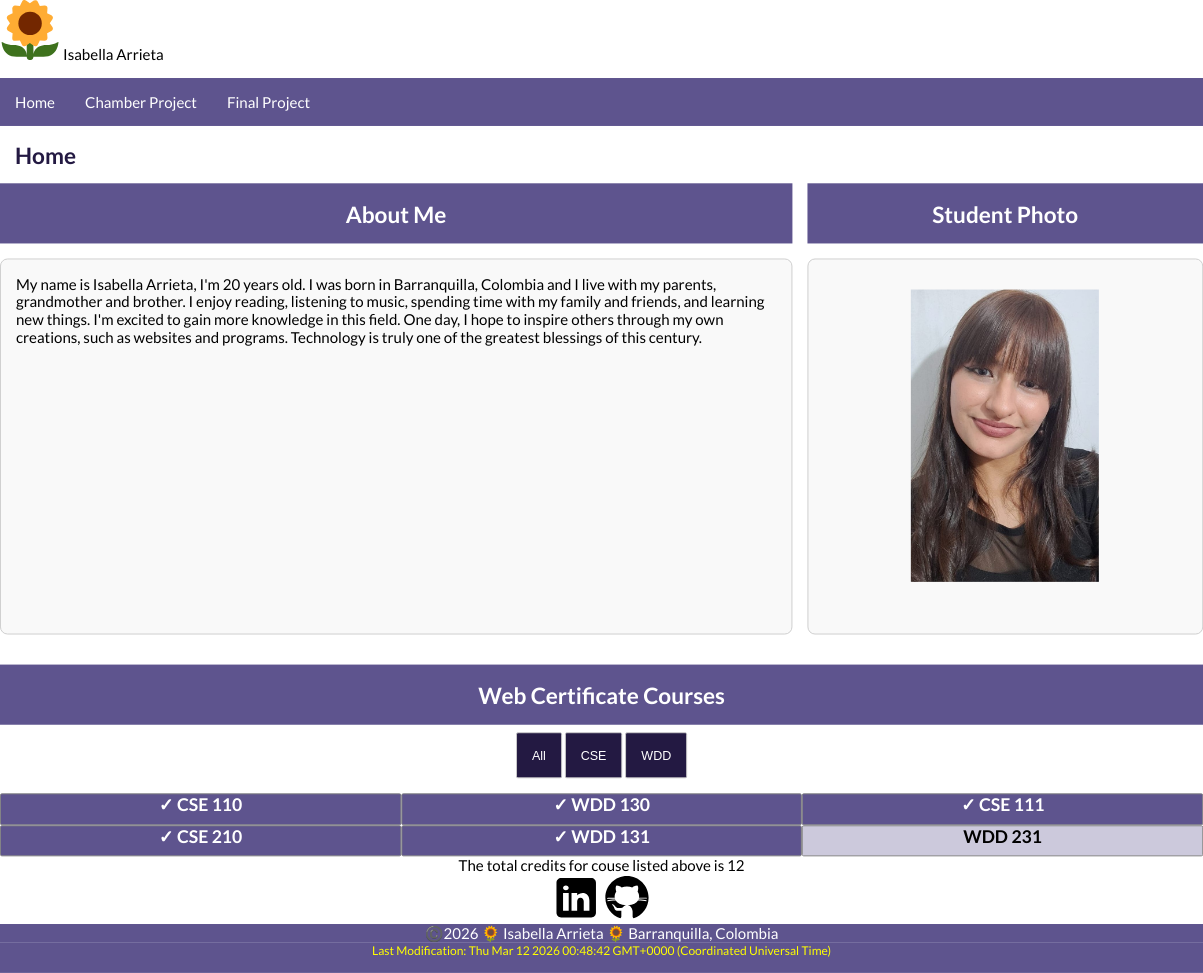
Repository: isaAJ05/wdd231
Page: index.html
The author's editor kept a copy of each file at every save. The page is drawn from the files as they stood at one save, then again after the next save.
The browser window is 1280 px wide. The pictures show the whole page, at 94% of full size.
Some web fonts or font styles are not loaded; a fallback is used.

Above is the page before, as saved 2026-03-12 00:49:39.

### index.html
<!DOCTYPE html>
<html lang="en">
<head>
    <meta charset="UTF-8">
    <meta name="viewport" content="width=device-width, initial-scale=1.0">
    <title>WDD 231 – Web Frontend Development I – Isabella Arrieta</title>
    <meta name="description" content="WDD 231 – Web Frontend Development I Isabella Arrieta, This is a page about me">
    <meta name="author" content="Isabella Arrieta">
    <meta property="og:title" content="Facebook">
    <meta property="og:description" content="Connect with friends, family and other people you know on Facebook.">
    <meta property="og:url" content="https://www.facebook.com/">
    <meta property="og:image" content="https://www.facebook.com/images/fb_icon_325x325.png">
    <link rel="icon" href="images/favicon.ico">
    <link rel="stylesheet" href="styles/normalize.css">
    <link rel="preconnect" href="https://fonts.googleapis.com">
    <link rel="preconnect" href="https://fonts.gstatic.com" crossorigin>
    <link href="https://fonts.googleapis.com/css2?family=Lato:ital,wght@0,100;0,300;0,400;0,700;0,900;1,100;1,300;1,400;1,700;1,900&family=Open+Sans:ital,wght@0,300..800;1,300..800&family=Play:wght@400;700&family=Raleway:ital,wght@0,100..900;1,100..900&display=swap" rel="stylesheet">
    <script src="scripts/getdates.js" defer></script>
    <script src="scripts/hamburguer.js" defer></script>
    <script src="scripts/courses.js" defer></script>
</head>
<body>
    <header>
        <div class="title">
            <img src="images/sunflower-svgrepo-com.svg" alt="Isabella Arrieta logo">
            <span>Isabella Arrieta</span>
        </div>
        <button id="menu" aria-label="Open menu"></button>
        <nav>
            <ul class="navigation">
			<li><a href="index.html">Home</a></li>
			<li><a href="#" class="chamber">Chamber Project</a></li>
			<li><a href="#" class="final">Final Project</a></li>
		</ul>
        </nav>
    </header>
    <main>
        <h1>Home</h1>
        <section>
         <div class="rectangle">
            <h2>About Me</h2>
            </div>
        <div class="card">
            <p>My name is Isabella Arrieta, I'm 20 years old. I was born in Barranquilla, Colombia and I live with my parents, grandmother and brother. I enjoy reading, listening to music, spending time with my family and friends, and learning new things. I'm excited to gain more knowledge in this field. One day, I hope to inspire others through my own creations, such as websites and programs. Technology is truly one of the greatest blessings of this century.</p>
        </div>
        </section>
        <section>
            <div class="rectangle">
                <h2>Student Photo</h2>
            </div>
            <div class="card">
                <img src="images/isa.jpg" alt="Isabella Arrieta picture">
            </div>
        </section>
        <section>
            <div class="rectangle">
                <h2>Web Certificate Courses</h2>
            </div>
            <div class="course-buttons">
                <button id="all">All</button>
                <button id="cse">CSE</button>
                <button id="wdd">WDD</button>
            </div>
            <div id="courses"></div>
            <p>The total credits for couse listed above is <span id="totalCredits"></span></p>

        </section>
    </main>
    <footer>
        <div class ="icons">
                <a href="https://www.linkedin.com/in/isabella-arrieta/" target="_blank"><img src="images/icons8-linkedin.svg" alt="LinkedIn icon"></a>
                <a href="https://github.com/isaaj05" target="_blank"><img src="images/icons8-github.svg" alt="GitHub icon"></a>
        </div>
        <p>
            ©️<span id="currentyear"></span> 🌻 Isabella Arrieta 🌻 Barranquilla, Colombia
        </p>
        <p class="last-modified">
            <span id="lastModified"></span>
        </p>
    </footer>

</body>
</html>

### scripts/getdates.js
const year = document.querySelector("#currentyear");
const today = new Date();
year.innerHTML = `<span class="highlight">${today.getFullYear()}</span>`;
const lastMod = document.querySelector("#lastModified");
let oLastModif = new Date(document.lastModified);
lastMod.innerHTML = `Last Modification: <span class="highlight">${oLastModif}</span>`;

### scripts/hamburguer.js
const hamButton = document.querySelector('#menu');
const navigation = document.querySelector('.navigation');
const title = document.querySelector('.title');

hamButton.addEventListener('click', () => {
	navigation.classList.toggle('open');
    hamButton.classList.toggle('open');
    title.classList.toggle('open');
});

### scripts/courses.js
// here we select the elements we need to interact with
const courseContainer = document.querySelector("#courses"); // container for the course cards
const totalCredits = document.querySelector("#totalCredits"); // element to display total credits
// buttons to filter courses
const allBtn = document.querySelector("#all");
const cseBtn = document.querySelector("#cse");
const wddBtn = document.querySelector("#wdd");
// array given by the university with all the courses in the web certificate program
const courses = [
    {
        subject: 'CSE',
        number: 110,
        title: 'Introduction to Programming',
        credits: 2,
        certificate: 'Web and Computer Programming',
        description: 'This course will introduce students to programming. It will introduce the building blocks of programming languages (variables, decisions, calculations, loops, array, and input/output) and use them to solve problems.',
        technology: [
            'Python'
        ],
        completed: true
    },
    {
        subject: 'WDD',
        number: 130,
        title: 'Web Fundamentals',
        credits: 2,
        certificate: 'Web and Computer Programming',
        description: 'This course introduces students to the World Wide Web and to careers in web site design and development. The course is hands on with students actually participating in simple web designs and programming. It is anticipated that students who complete this course will understand the fields of web design and development and will have a good idea if they want to pursue this degree as a major.',
        technology: [
            'HTML',
            'CSS'
        ],
        completed: true
    },
    {
        subject: 'CSE',
        number: 111,
        title: 'Programming with Functions',
        credits: 2,
        certificate: 'Web and Computer Programming',
        description: 'CSE 111 students become more organized, efficient, and powerful computer programmers by learning to research and call functions written by others; to write, call , debug, and test their own functions; and to handle errors within functions. CSE 111 students write programs with functions to solve problems in many disciplines, including business, physical science, human performance, and humanities.',
        technology: [
            'Python'
        ],
        completed: true
    },
    {
        subject: 'CSE',
        number: 210,
        title: 'Programming with Classes',
        credits: 2,
        certificate: 'Web and Computer Programming',
        description: 'This course will introduce the notion of classes and objects. It will present encapsulation at a conceptual level. It will also work with inheritance and polymorphism.',
        technology: [
            'C#'
        ],
        completed: true
    },
    {
        subject: 'WDD',
        number: 131,
        title: 'Dynamic Web Fundamentals',
        credits: 2,
        certificate: 'Web and Computer Programming',
        description: 'This course builds on prior experience in Web Fundamentals and programming. Students will learn to create dynamic websites that use JavaScript to respond to events, update content, and create responsive user experiences.',
        technology: [
            'HTML',
            'CSS',
            'JavaScript'
        ],
        completed: true
    },
    {
        subject: 'WDD',
        number: 231,
        title: 'Frontend Web Development I',
        credits: 2,
        certificate: 'Web and Computer Programming',
        description: 'This course builds on prior experience with Dynamic Web Fundamentals and programming. Students will focus on user experience, accessibility, compliance, performance optimization, and basic API usage.',
        technology: [
            'HTML',
            'CSS',
            'JavaScript'
        ],
        completed: false
    }
]
// function to display the courses on the page
function displayCourses(courseList) {
    courseContainer.innerHTML = ""; // clear the container before adding new courses

    courseList.forEach(course => {
        const card = document.createElement("div"); // create a card for each course
        card.classList.add("course-card");

        if (course.completed) {
            card.classList.add("completed");// add a class to indicate the course is completed
        }

        card.innerHTML = `
            <h3>${course.completed ? '✓' : ''} ${course.subject} ${course.number}</h3>
        `;

        courseContainer.appendChild(card); // add the card to the container
    });

    calculateCredits(courseList);
}
function calculateCredits(courseList) {
    const total = courseList.reduce((sum, course) => sum + course.credits, 0); // calculate the total credits by summing the credits of all courses in the list
    totalCredits.textContent = total;
}

allBtn.addEventListener("click", () => {
    displayCourses(courses);
});

cseBtn.addEventListener("click", () => {
    const cseCourses = courses.filter(course => course.subject === "CSE");
    displayCourses(cseCourses);
});

wddBtn.addEventListener("click", () => {
    const wddCourses = courses.filter(course => course.subject === "WDD");
    displayCourses(wddCourses);
});

displayCourses(courses);

Loaded but not shown: styles/normalize.css (library)

After the next save:
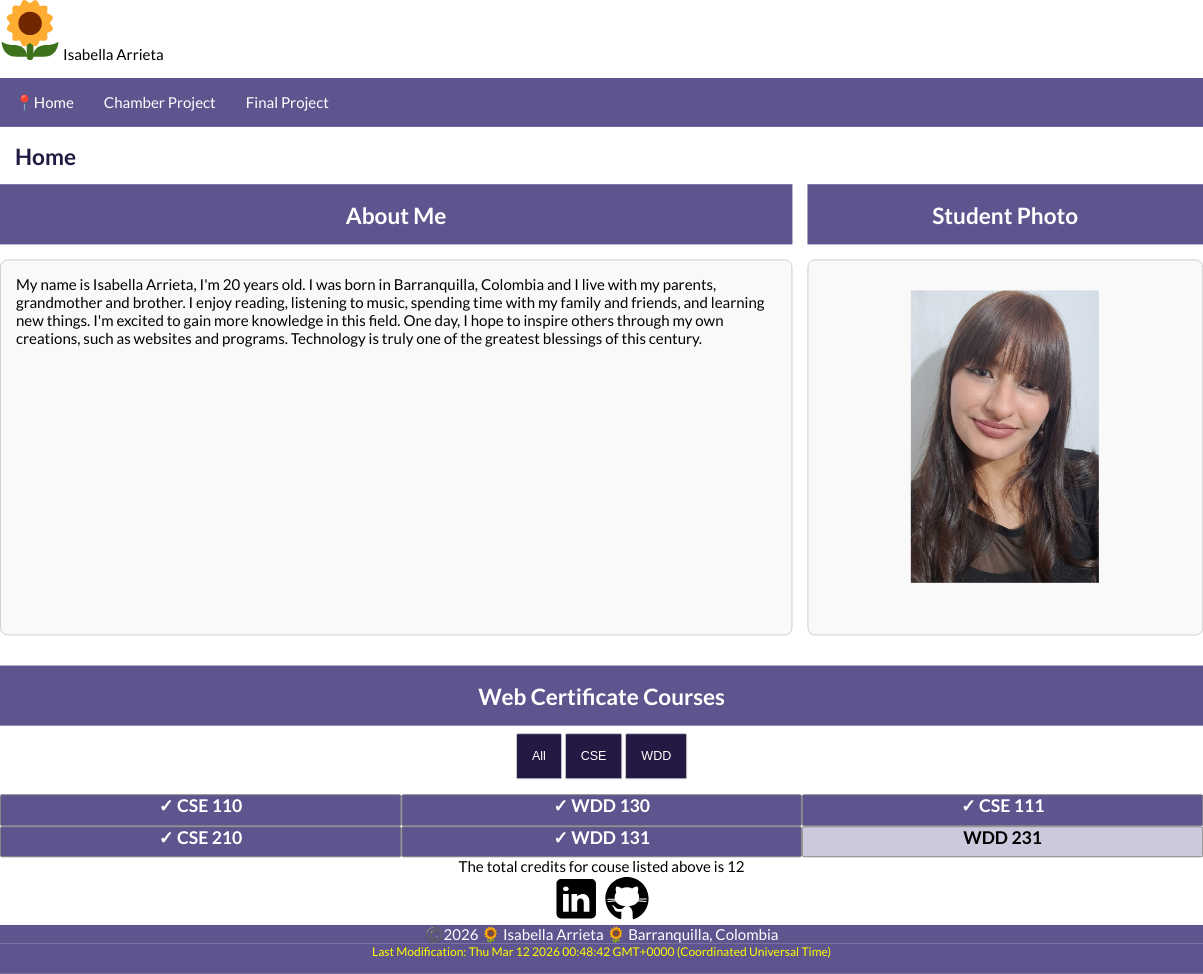
Saved 19 min 38 s later.
--- a/index.html
+++ b/index.html
@@ -28,7 +28,7 @@
         <button id="menu" aria-label="Open menu"></button>
         <nav>
             <ul class="navigation">
-			<li><a href="index.html">Home</a></li>
+			<li><a href="index.html" class="active">Home</a></li>
 			<li><a href="#" class="chamber">Chamber Project</a></li>
 			<li><a href="#" class="final">Final Project</a></li>
 		</ul>
